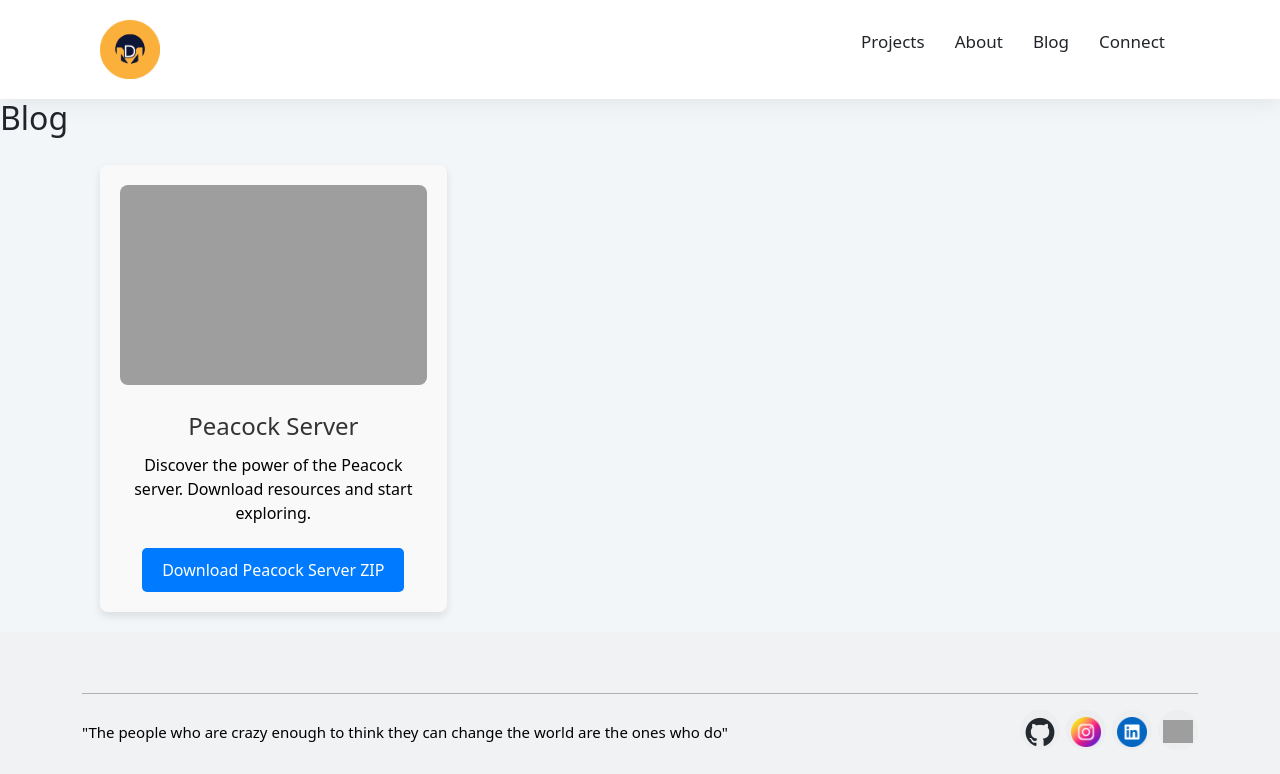
Repository: kaizoku010/firebrand
Page: /blog
An editor plug-in stored every save of this project. The page is shown before and after a run of saves, followed by the edit.
The browser window is 1280 px wide. The pictures show the whole page.
Pictures or frames that could not be fetched are drawn as grey boxes. The project was rebuilt for these pictures with package versions that can differ from the ones it lists, and the page was loaded fresh each time. Also part of the build but not shown: vite.config.js, src/update/homescreen.js, src/update/about.css, src/components/chips.css, src/components/chips.js, src/update/about.js, src/dataPoint/AllProjects.js, src/update/appsPage.js and 2 more.

Above is the page before, as saved 2024-11-11 11:52:30.

After the next 2 saves:
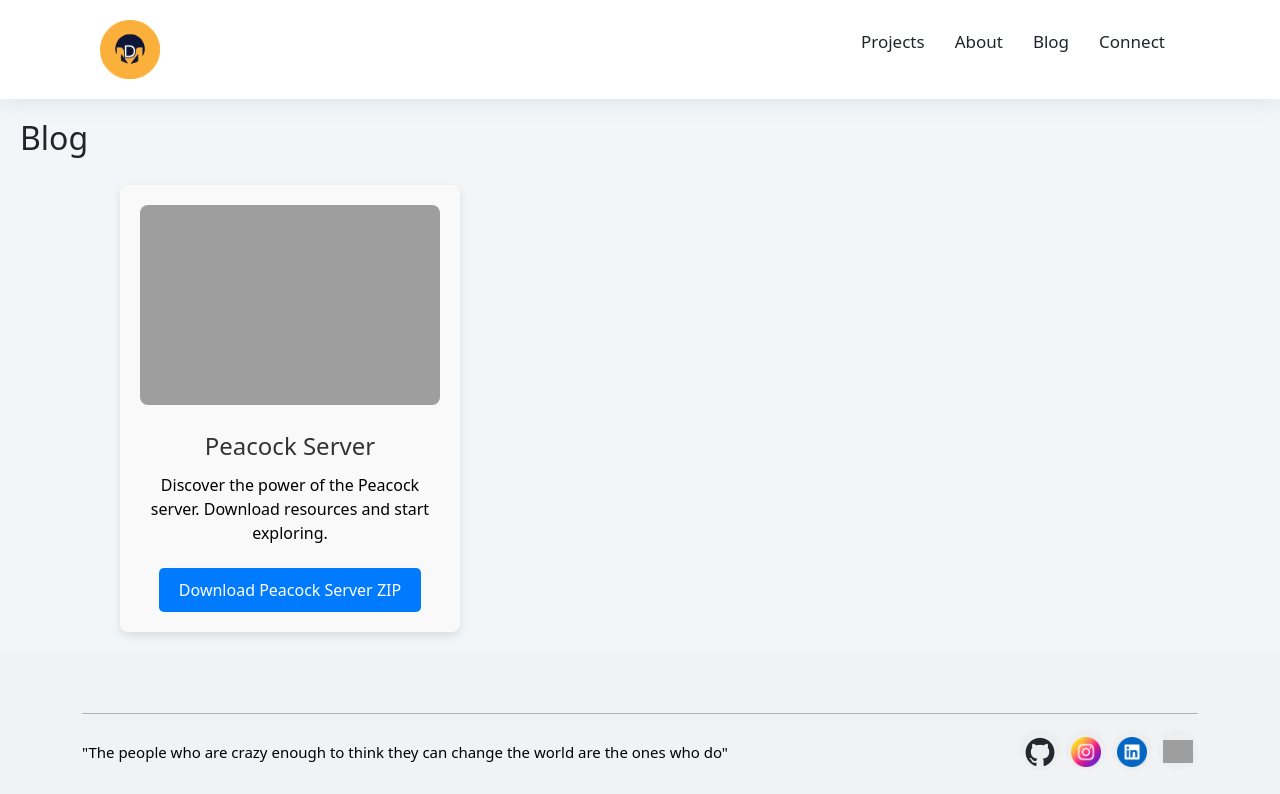
The 2 saves are shown as one change because they came seconds apart.
The last was saved 6 s later.
--- a/src/update/blog.css
+++ b/src/update/blog.css
@@ -7,7 +7,8 @@ height:100vh;
     display: flex;
     align-items: left;
     flex-direction: column;
-    pad
+    padding-left: 20px;
+    padding-top: 20px;
 }
 
 .blog-grid {
